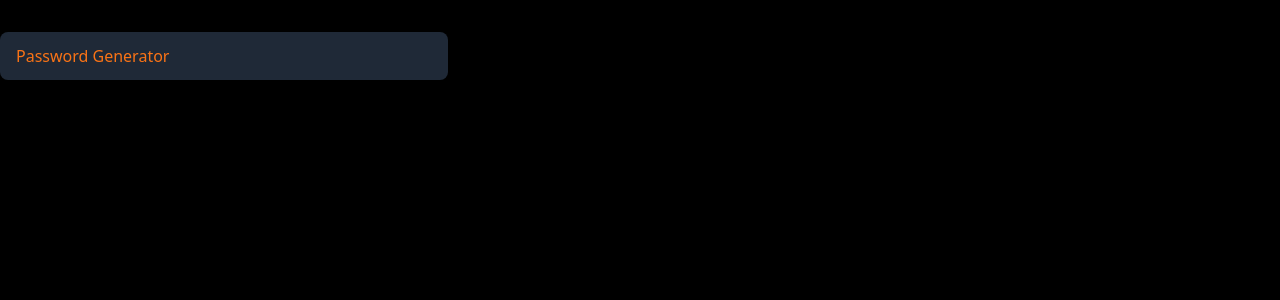
Repository: Abdul-Moeid-Rao/React-Projects
Page: / (app in 05passwordGenrator/)
These files come from the project's save history. The page is drawn as it stood at one moment and after the next save; the edit follows.
The browser window is 1280 px wide. The pictures show the whole page.
The project was rebuilt for these pictures with package versions that can differ from the ones it lists, and the page was loaded fresh each time. Also part of the build but not shown: 05passwordGenrator/vite.config.js.

Above is the page before, as saved 2024-07-14 21:15:12.

### 05passwordGenrator/src/App.jsx
import { useCallback, useEffect, useState } from 'react'

function App() {
  const [length, setLength] = useState(8);
  const [number, setNumber] = useState(false);
  const [char, setChar] = useState(false);
  const [password, setPassword] = useState("");

  const passGenerator = useCallback(()=> {
    let pass = "";
    let str = "ABCDEFGHIJKLMNOPQRSTUVWXYZabcdefghijklmnopqrstuvwxyz"
    if (number) str += "0123456789";
    if (char) str += "!@#$&*%";

    for (let i = 1; i < length; i++) {
      let char = Math.floor(Math.random() * str.length + 1);
      pass += str.charAt(char);

    }
    setPassword(pass)

  }, [length,number, char, setPassword])

  useEffect(()=>{
    passGenerator()
  }, [length, number, char, passGenerator])

  return (
    <div className='w-full max-w-md max-auto shadow-md rounded-lg px-4 py-3 my-8 bg-gray-800 text-orange-500'>
      <h1>Password Generator</h1>
    </div>
  )
}

export default App

Loaded but not shown: 05passwordGenrator/index.html (common file); 05passwordGenrator/src/main.jsx (common file); 05passwordGenrator/src/index.css (common file); 05passwordGenrator/tailwind.config.js (common file)

After the next save:
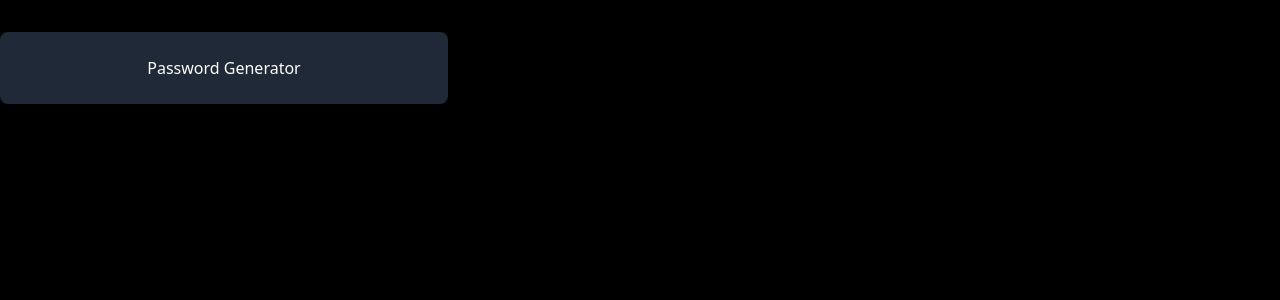
Saved 34 s later.
--- a/05passwordGenrator/src/App.jsx
+++ b/05passwordGenrator/src/App.jsx
@@ -27,7 +27,7 @@ function App() {
 
   return (
     <div className='w-full max-w-md max-auto shadow-md rounded-lg px-4 py-3 my-8 bg-gray-800 text-orange-500'>
-      <h1>Password Generator</h1>
+      <h1 className='text-white text-center my-3'>Password Generator</h1>
     </div>
   )
 }
